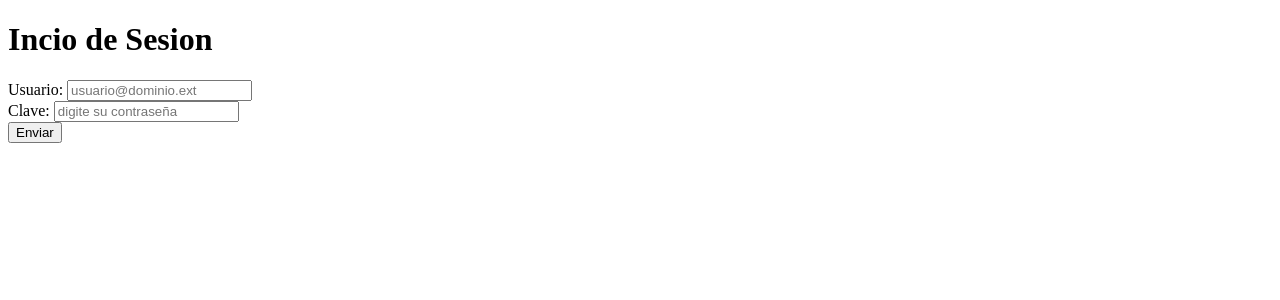
Repository: elcharlybeto/Java-WEB-API-55961
Page: http://localhost/Sesiones/formulario.jsp
An editor plug-in stored every save of this project. The page is shown before and after the next save, followed by the edit.
The browser window is 1280 px wide. The pictures show the whole page.
The page is served by Tomcat 9. Other server files are loaded and not shown.

Above is the page before, as saved 2022-01-20 23:18:14.

### Sesiones/src/main/webapp/formulario.jsp
<%@ page language="java" contentType="text/html; charset=ISO-8859-1"
	pageEncoding="ISO-8859-1"%>
<!DOCTYPE html>
<html>
<head>
<meta charset="ISO-8859-1">
<title>Formulario</title>
</head>
<body>
	<h1>Incio de Sesion</h1>

	<form>
		<div>
			<label for="correo" >Usuario:</label> <input type="email" id="correo" name="correo"
				placeholder="usuario@dominio.ext" required />
		</div>
		<div>
			<label for="clave">Clave:</label>
			<input type="password" id="clave" name="clave" placeholder="digite su contraseña" required/>
		</div>

		<div>
			<button type="submit">Enviar</button>
		</div>


	</form>

</body>
</html>

After the next save:
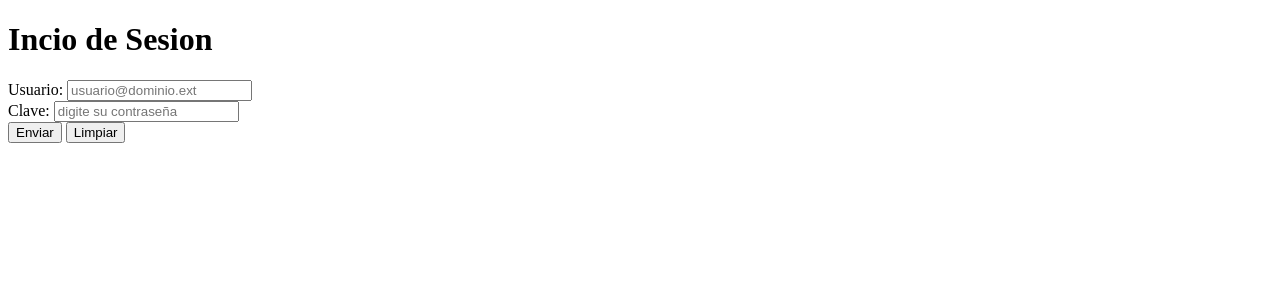
Saved 14 s later.
--- a/Sesiones/src/main/webapp/formulario.jsp
+++ b/Sesiones/src/main/webapp/formulario.jsp
@@ -21,6 +21,7 @@
 
 		<div>
 			<button type="submit">Enviar</button>
+			<button type="reset">Limpiar</button>
 		</div>
 
 
